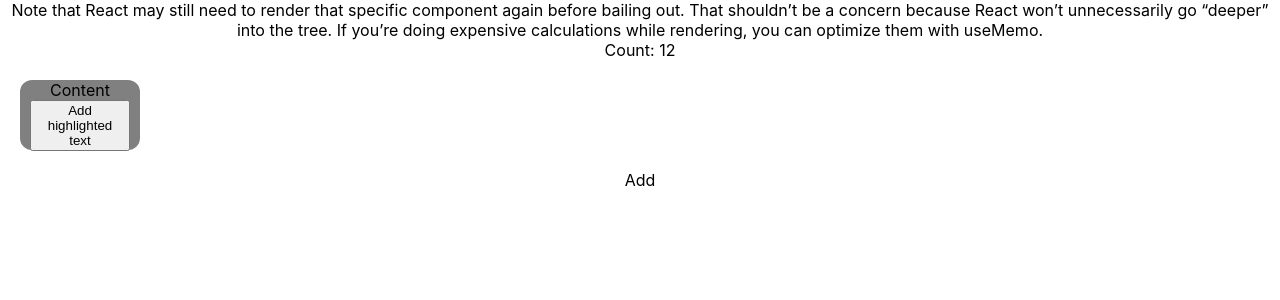
Repository: Farbod29/React-text-highlighter-with-hook-
Page: /
An editor plug-in stored every save of this project. The page is shown before and after the next save, followed by the edit.
The browser window is 1280 px wide. The pictures show the whole page.
The project was rebuilt for these pictures with package versions that can differ from the ones it lists, and the page was loaded fresh each time.

Above is the page before, as saved 2022-02-18 21:09:49.

### src/App.js
import './App.css';
import Highlighter from './highlighter';
function App() {
  return (
    <div className="App">
      <Highlighter />
    </div>
  );
}

export default App;

### src/highlighter.js
import React, { useEffect, useState } from 'react';

export default function Highlighter() {
  let doit = () => {
    document.onmouseup = () => {
      console.log(window.getSelection().toString());
    };
  };
  const [count, setCount] = useState(12);
  return (
    <>
      <div>
        {' '}
        Note that React may still need to render that specific component again
        before bailing out. That shouldn’t be a concern because React won’t
        unnecessarily go “deeper” into the tree. If you’re doing expensive
        calculations while rendering, you can optimize them with useMemo.
      </div>
      Count: {count}
      {/* <button onClick={() => setCount((prevCount) => prevCount - 1)}>-</button> */}
      <div style={{ position: 'relative' }}>
        <div
          style={{
            padding: '0px 10px',
            height: '70px',
            width: '100px',
            margin: '20px',
            borderRadius: '12px',
            backgroundColor: 'gray',
            inline: true,
            fontColor: 'red',
            textAlign: 'center',
          }}
        >
          Content
          <button onClick={() => setCount(12)}> Add highlighted text </button>
        </div>
        Add {doit()}
      </div>
    </>
  );
}

Loaded but not shown: public/index.html (common file); src/index.js (common file); src/index.css (common file); src/reportWebVitals.js (common file); src/App.css (common file)

After the next save:
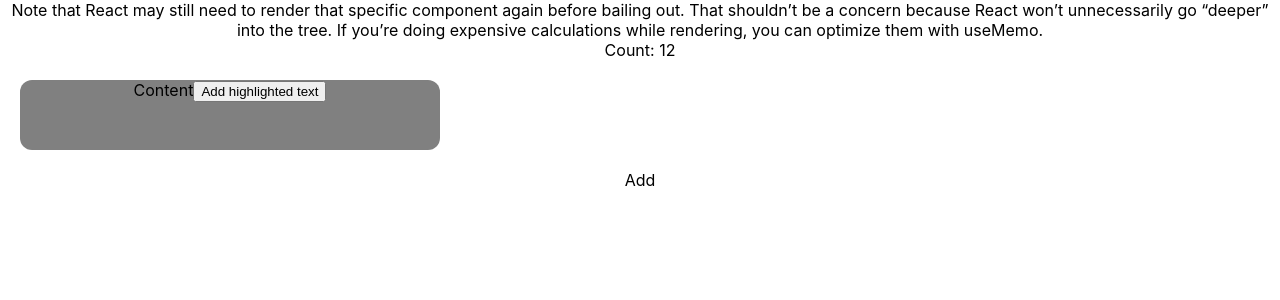
Saved 19 s later.
--- a/src/highlighter.js
+++ b/src/highlighter.js
@@ -23,7 +23,7 @@ export default function Highlighter() {
           style={{
             padding: '0px 10px',
             height: '70px',
-            width: '100px',
+            width: '400px',
             margin: '20px',
             borderRadius: '12px',
             backgroundColor: 'gray',
